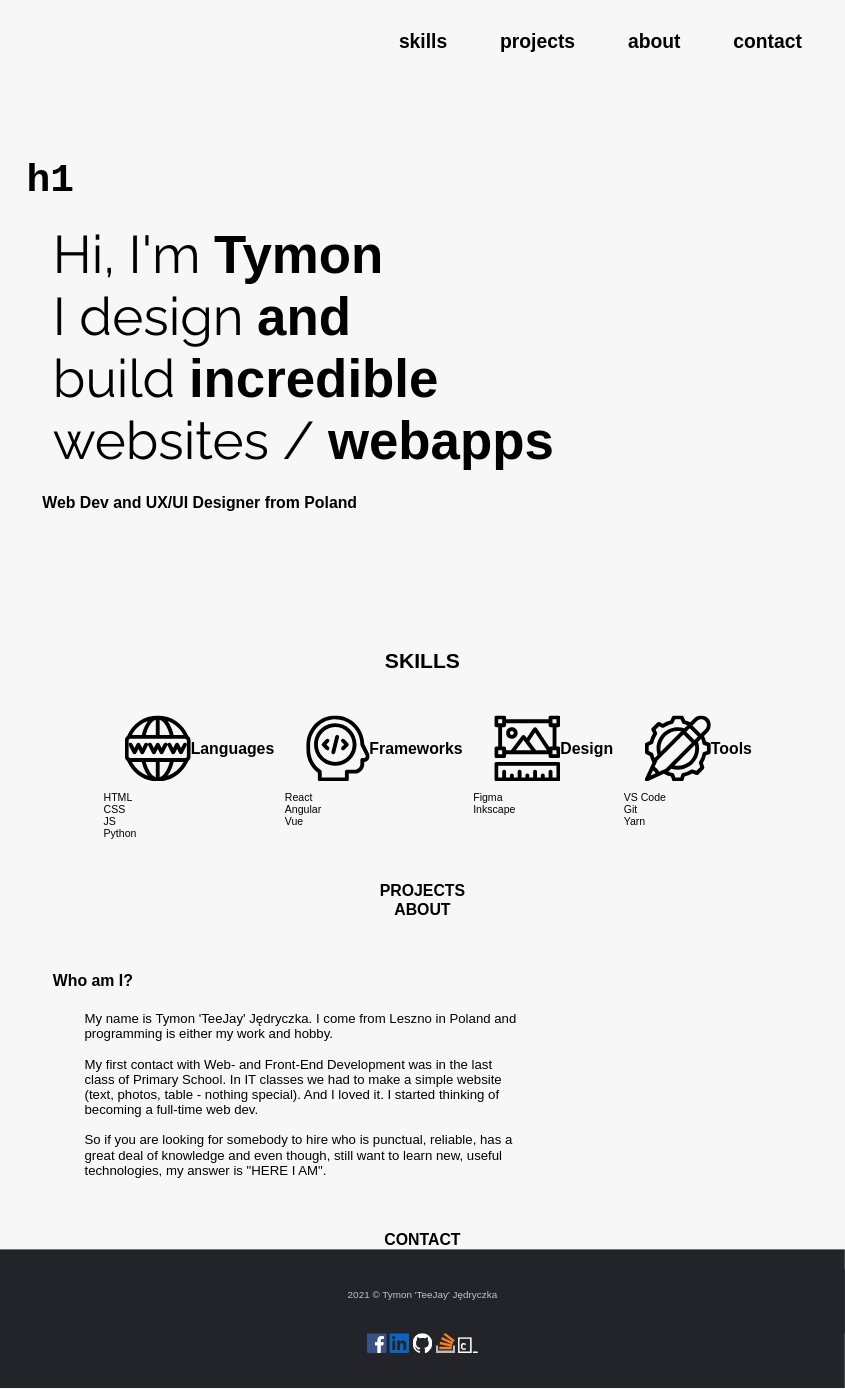
Repository: TeeJaysDev/Portfolio
Page: index.html
The author's editor kept a copy of each file at every save. The page is drawn from the files as they stood at one save, then again after a run of saves.
The browser window is 1280 px wide. The pictures show the whole page, at 66% of full size.

Above is the page before, as saved 2021-04-23 22:28:06.

After the next 2 saves:
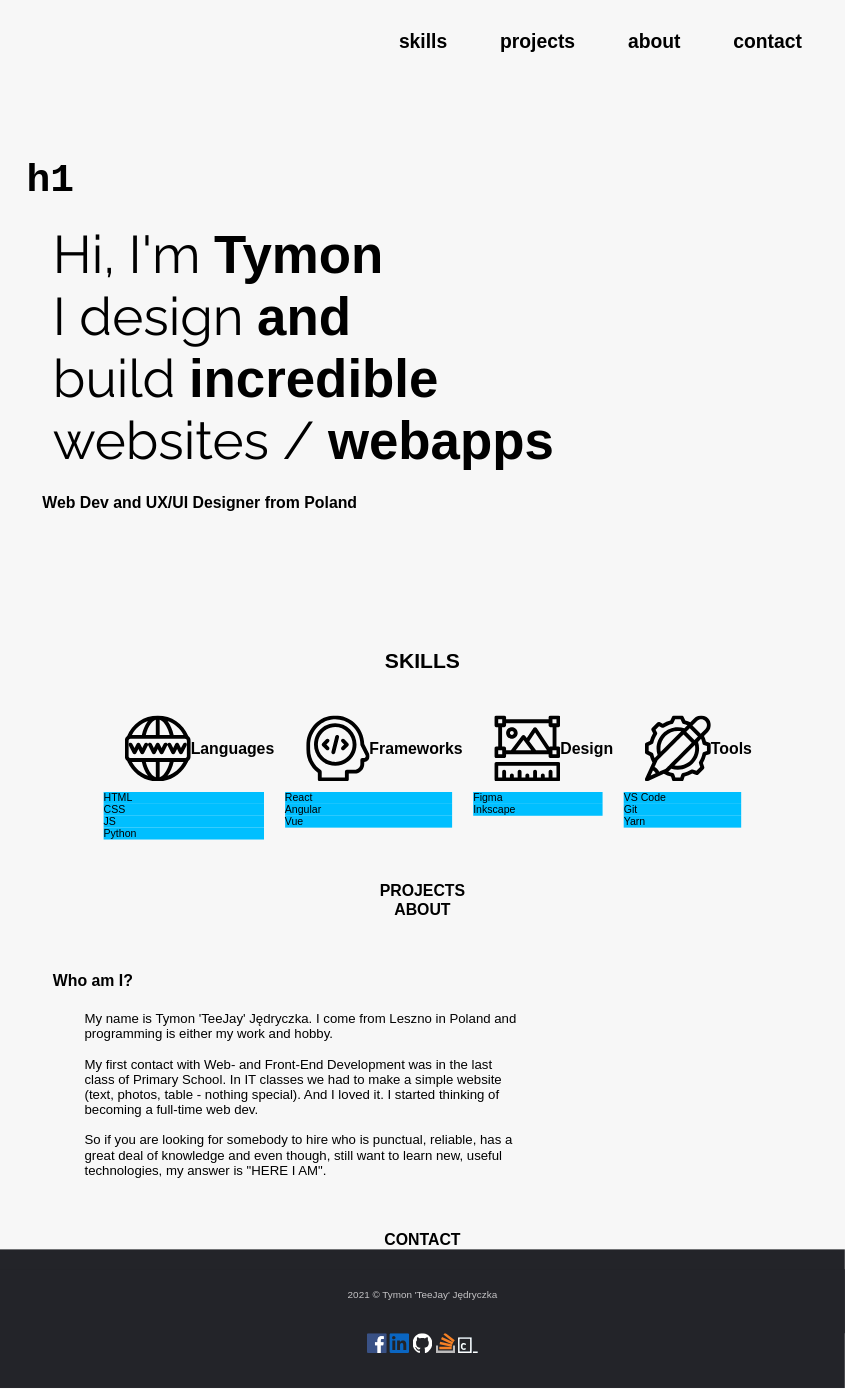
The 2 saves are shown as one change because they came seconds apart.
The last was saved 90 s later.
--- a/style.css
+++ b/style.css
@@ -69,7 +69,7 @@ main .welcome_part_h2 {
 }
 
 .text li {
-    background-color: #;
+    background-color: #00BFFF;
 }
 
 #about p {
